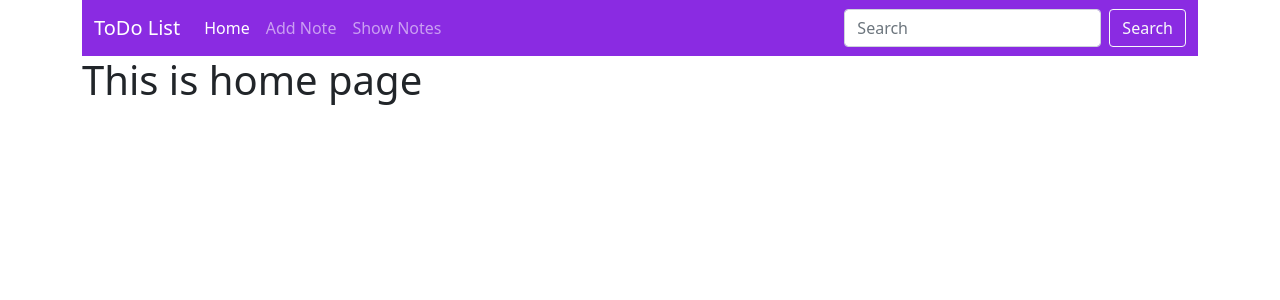
Repository: VishalSalvi17/Hibernate
Page: http://localhost/ToDoList/edit.jsp
These files come from the project's save history. The page is drawn as it stood at one moment and after the next save; the edit follows.
The browser window is 1280 px wide. The pictures show the whole page.
The page is served by Tomcat 9.

Above is the page before, as saved 2023-03-17 06:05:04.

After the next save:
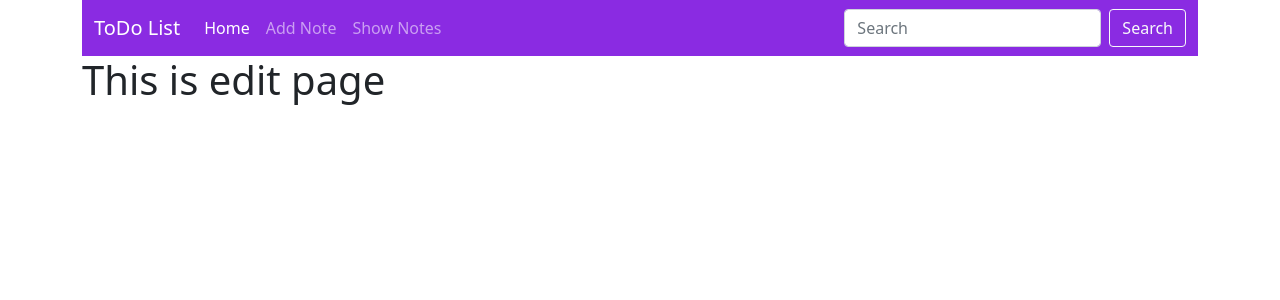
Saved 10 s later.
--- a/ToDoList/src/main/webapp/edit.jsp
+++ b/ToDoList/src/main/webapp/edit.jsp
@@ -10,7 +10,7 @@
 <body>
 	<div class="container">
 		<%@include file="navbar.jsp"%>
-		<h1>This is home page</h1>
+		<h1>This is edit page</h1>
 	</div>
 
 </body>
